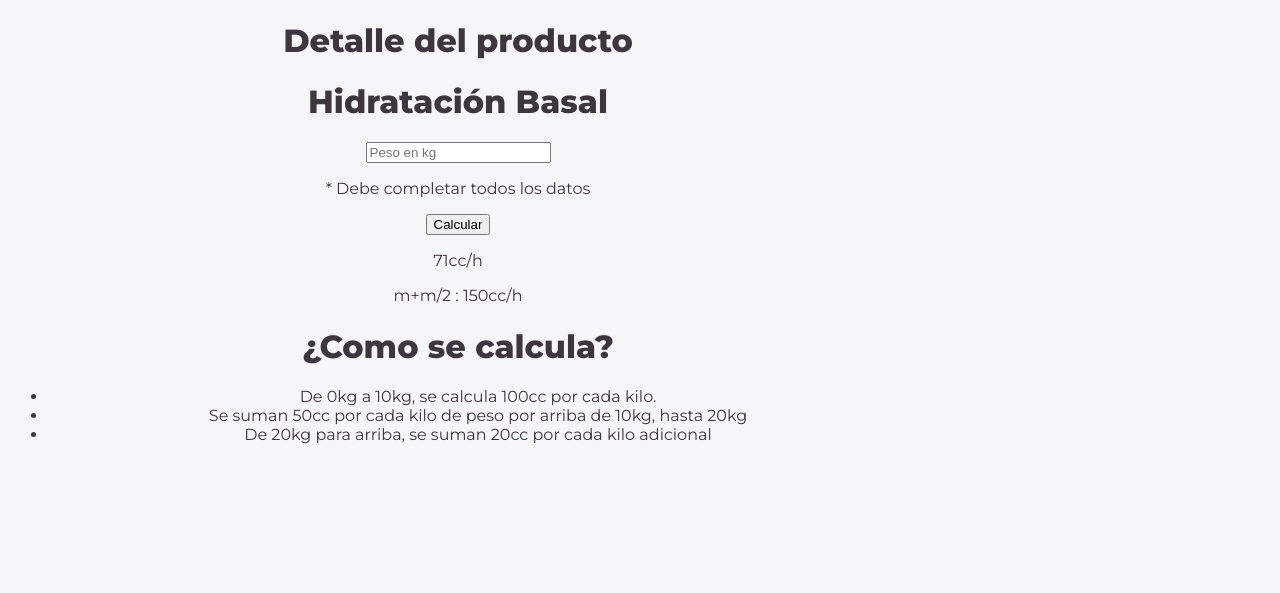
Repository: Fredy452/calculadora_basal
Page: index.html
An editor plug-in stored every save of this project. The page is shown before and after the next save, followed by the edit.
The browser window is 1280 px wide. The pictures show the whole page.

Above is the page before, as saved 2023-04-21 07:16:43.

### index.html
<!DOCTYPE html>
<html lang="en">
<head>
    <meta charset="UTF-8">
    <meta http-equiv="X-UA-Compatible" content="IE=edge">
    <meta name="viewport" content="width=device-width, initial-scale=1.0">
    <title>Calculadora de hidratación</title>
    <link rel="stylesheet" href="style.css">
</head>
<body>
    <div id="contenedor">
        <h1>Detalle del producto</h1>
        <div>
            <h1>Hidratación Basal</h1>
            <input type="number" name="peso" id="peso" placeholder="Peso en kg">
            <p>* Debe completar todos los datos</p>
            <button>Calcular</button>
            <p>71cc/h</p>
            <p>m+m/2 : 150cc/h</p>
        </div>
        <div>
            <h1>¿Como se calcula?</h1>
            <ul>
                <li>De 0kg a 10kg, se calcula 100cc por cada kilo.</li>
                <li>Se suman 50cc por cada kilo de peso por arriba de 10kg, hasta 20kg</li>
                <li>De 20kg para arriba, se suman 20cc por cada kilo adicional</li>
            </ul>
        </div>
    </div>
</body>
</html>

### style.css
@import url('https://fonts.googleapis.com/css?family=Montserrat:400,800');

body{
    font-family: 'Montserrat', sans-serif;
    background: #f6f5f7;
    color: #3E363F;
}
#contenedor{
    width: 900px;
    height: 500px;
    text-align: center;
}

After the next save:
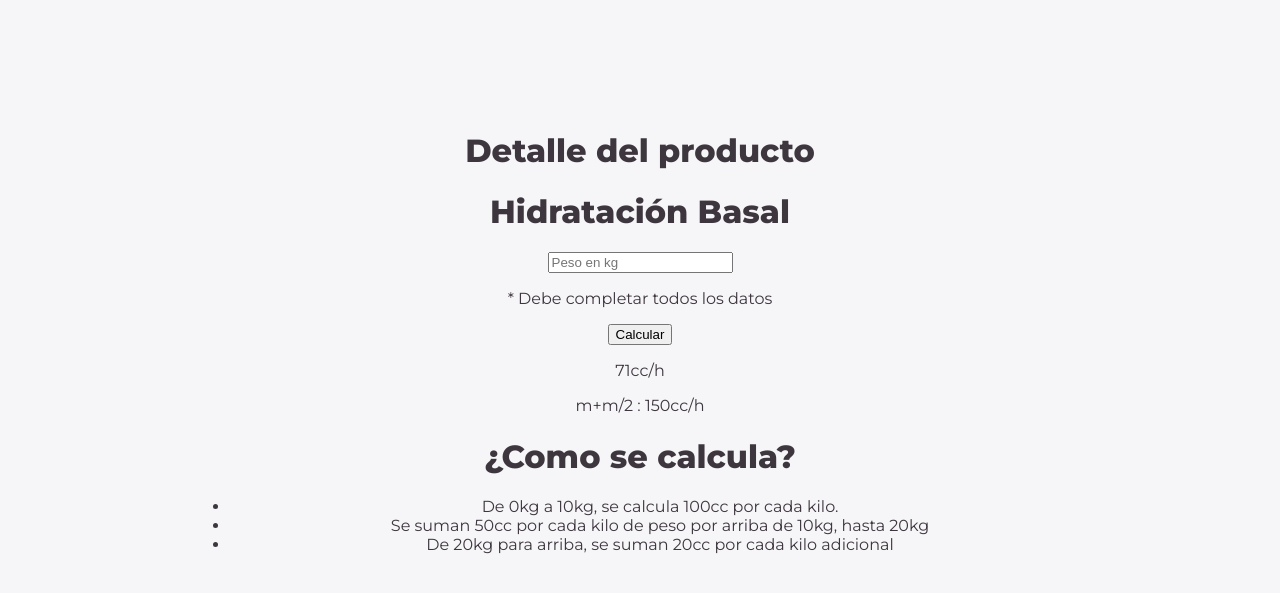
Saved 38 s later.
--- a/style.css
+++ b/style.css
@@ -9,4 +9,7 @@
     width: 900px;
     height: 500px;
     text-align: center;
+    position: absolute;
+    inset: 0;
+    margin: auto;
 }

After the save that followed:
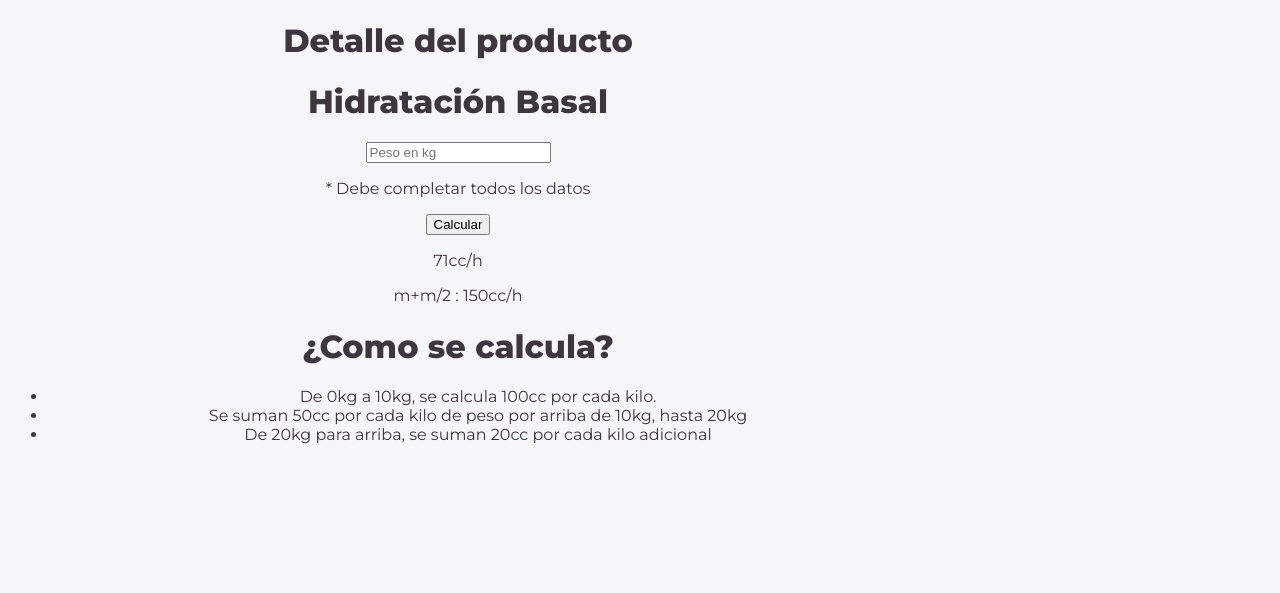
Saved 89 s later.
--- a/style.css
+++ b/style.css
@@ -9,7 +9,5 @@
     width: 900px;
     height: 500px;
     text-align: center;
-    position: absolute;
-    inset: 0;
-    margin: auto;
+
 }
